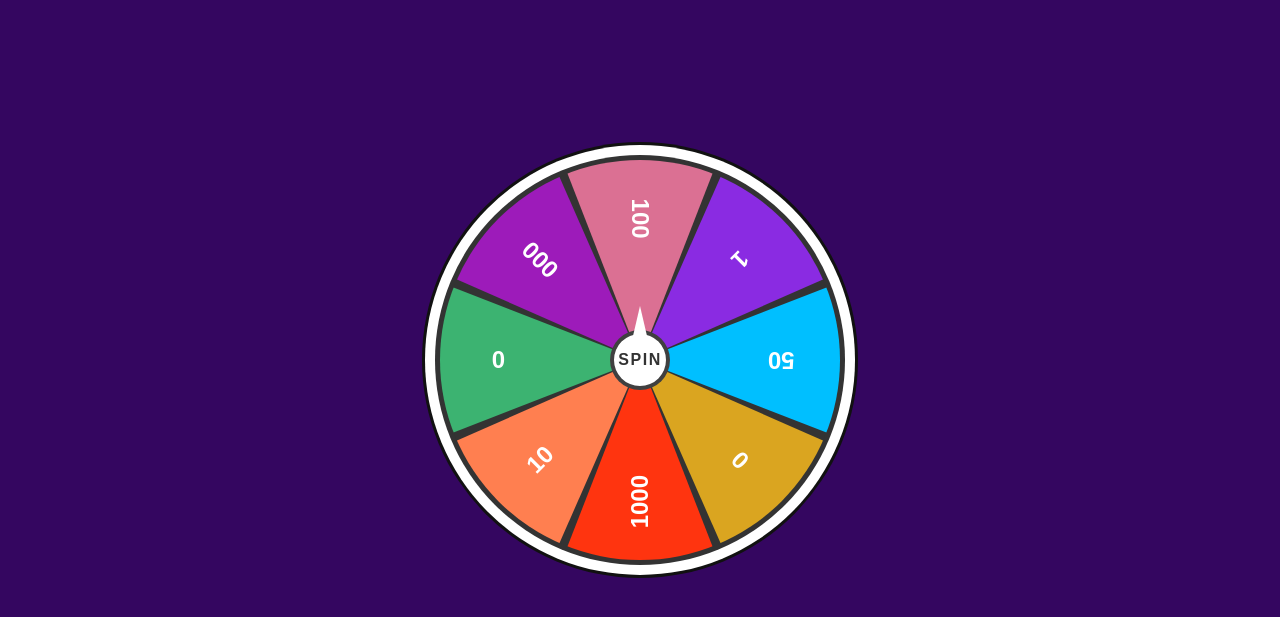
Repository: Jacques-Jaki-Morkel/FundedMarketplace_WheelofFortune
Page: index.html
The author's editor kept a copy of each file at every save. The page is drawn from the files as they stood at one save, then again after the next save.
The browser window is 1280 px wide. The pictures show the whole page.

Above is the page before, as saved 2025-08-12 13:06:53.

### index.html
<!DOCTYPE html>
<html lang="en">

<head>
    <meta charset="UTF-8">
    <meta name="viewport" content="width=device-width, initial-scale=1.0">
    <title>Wheel of Fortune - Funded Marketplace</title>
    <link rel="stylesheet" href="styles.css">
</head>

<body>
    <div class="container">
        <div class="spinBtn">
            SPIN
        </div>
        <div class="wheel">
            <div class="number" style=" --i:1 ;--clr: #db7093;">
                <span>100</span>
            </div>
            <div class="number" style=" --i:2 ;--clr: #8a2be2;">
                <span>1</span>
            </div>
            <div class="number" style=" --i:3 ;--clr: #00bfff;">
                <span>50</span>
            </div>
            <div class="number" style=" --i:4 ;--clr: #daa520;">
                <span>0</span>
            </div>
            <div class="number" style=" --i:5 ;--clr: #ff340f;">
                <span>1000</span>
            </div>
            <div class="number" style=" --i:6 ;--clr: #ff7f50;">
                <span>10</span>
            </div>
            <div class="number" style=" --i:7 ;--clr: #3cb371;">
                <span>0</span>
            </div>
            <div class="number" style=" --i:8 ;--clr: #9d1bba;">
                <span>000</span>
            </div>
        </div>
    <div>
    <script src="script.js"></script>
</body>

</html>

### styles.css
* {
    margin: 0;
    padding: 0;
    box-sizing: border-box;
    font-family: 'Poppins', sans-serif;
}

body {
    display: flex;
    justify-content: center;
    align-items: center;
    min-height: 100vh;
    background: rgb(52, 6, 96);
}

.container {
    position: relative;
    width: 400px;
    height: 400px;
    display: flex;
    justify-content: center;
    align-items: center;
}

.container .spinBtn {
    position: absolute;
    width: 60px;
    height: 60px;
    background: #fff;
    border-radius: 50%;
    z-index: 10;
    display: flex;
    justify-content: center;
    align-items: center;
    text-transform: uppercase;
    font-weight: 600;
    color: #333;
    letter-spacing: 0.1em;
    border: 4px solid rgba(0, 0, 0, 0.75);
    cursor: pointer;
    user-select: none;
}

.container .spinBtn::before {
    content: '';
    position: absolute;
    top: -28px;
    width: 20px;
    height: 30px;
    background: #fff;
    clip-path: polygon(50% 0%, 15% 100%, 85% 100%);
}

.container .wheel {
    position: absolute;
    top: 0;
    left: 0;
    width: 100%;
    height: 100%;
    background: #333;
    border-radius: 50%;
    overflow: hidden;
    box-shadow: 0 0 0 5px #333,
        0 0 0 15px #fff,
        0 0 0 18px #111;
}

.container .wheel .number {
    position: absolute;
    width: 50%;
    height: 50%;
    background: var(--clr);
    transform-origin: bottom right;
    transform: rotate(calc(45deg * var(--i)));
    clip-path: polygon(0 0, 56% 0, 100% 100%, 0 56%);
    display: flex;
    justify-content: center;
    align-items: center;
    user-select: none;
    cursor: pointer;
}
.container .wheel .number span {
    position: relative;
    transform: rotate(45deg);
    color: #fff;
    font-size: 1.5rem;
    font-weight: 600;
}

Loaded but not shown: script.js (no stored copy; drawn as an empty file)

After the next save:
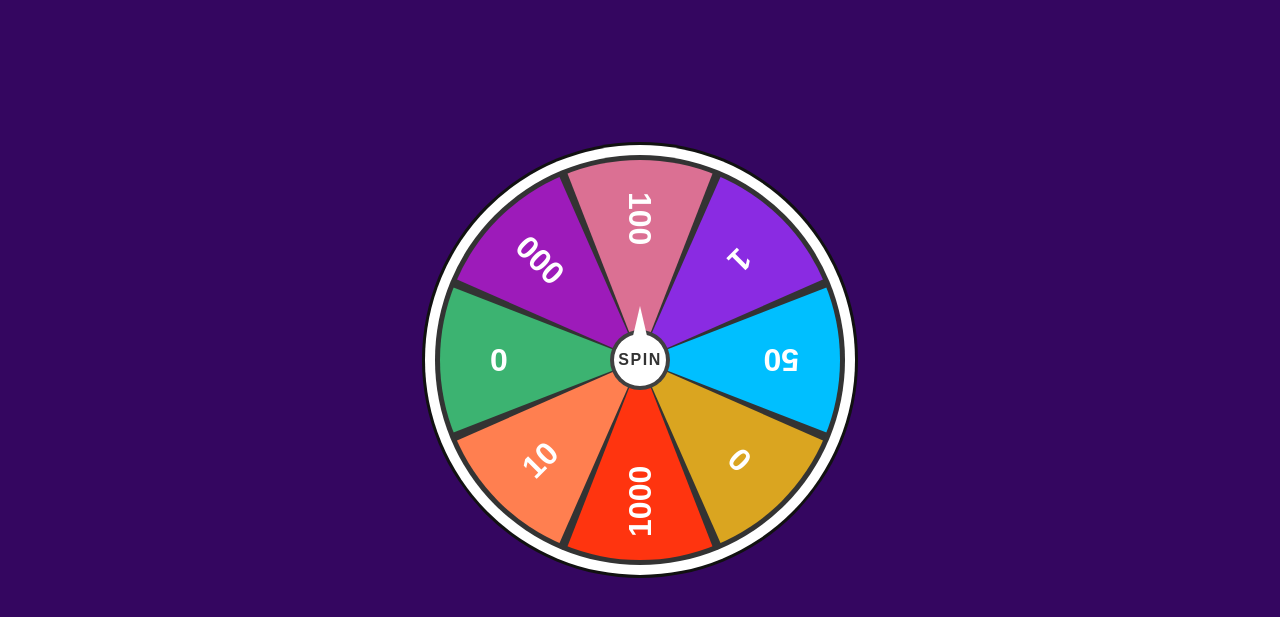
Saved 52 s later.
--- a/styles.css
+++ b/styles.css
@@ -83,6 +83,6 @@ body {
     position: relative;
     transform: rotate(45deg);
     color: #fff;
-    font-size: 1.5rem;
-    font-weight: 600;
+    font-size: 2rem;
+    font-weight: 700;
 }
